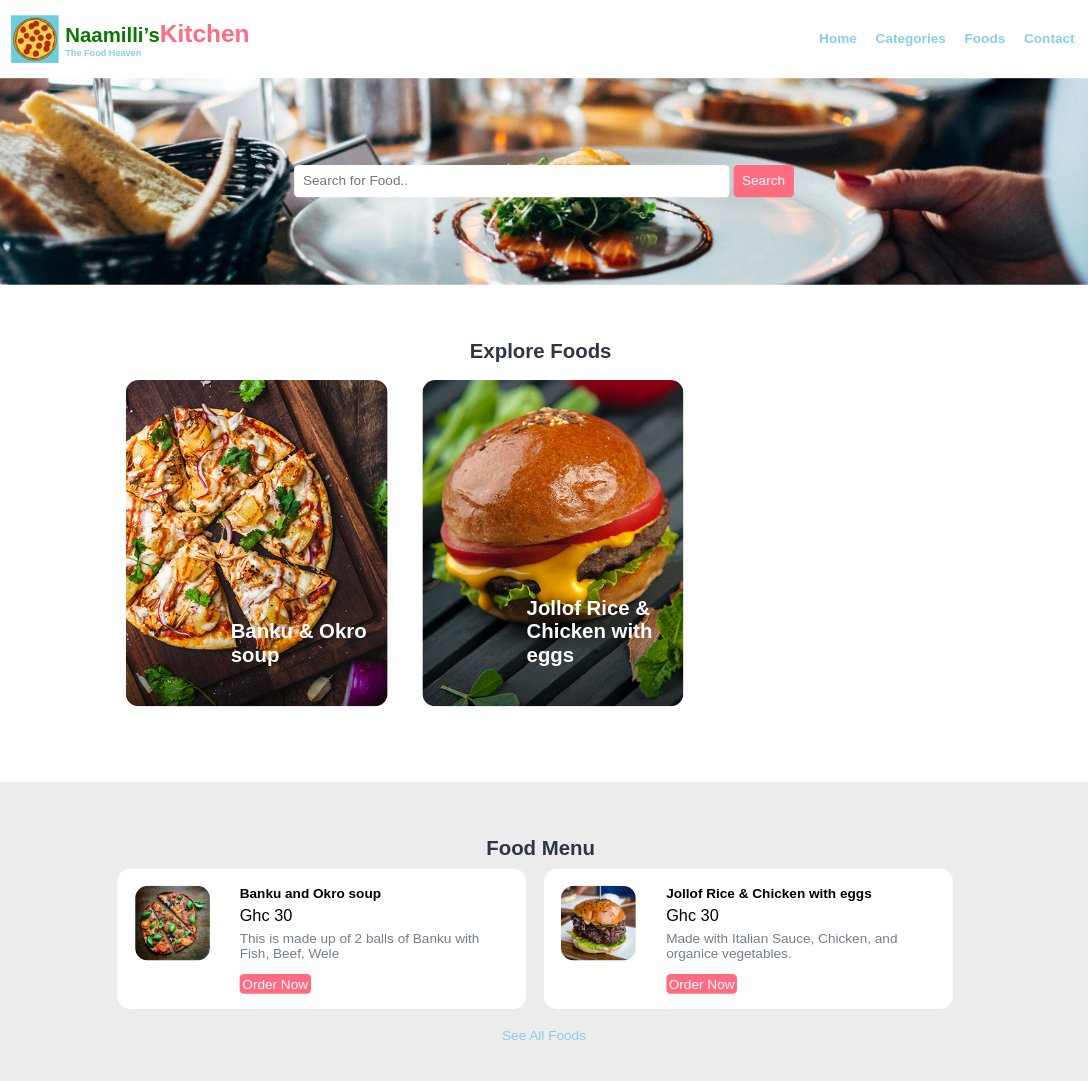
Repository: Saviour-Dagadu/Naamilli
Page: index.html
An editor plug-in stored every save of this project. The page is shown before and after the next save, followed by the edit.
The browser window is 1280 px wide. The pictures show the part of the page from y = 0 to 1272 px (the page is 1957 px tall before and 2386 px after), at 85% of full size.
A picture or video elsewhere on the page could not be fetched, so the positions and the page height are approximate.

Above is the page before, as saved 2024-12-03 21:42:07.

### index.html
<!DOCTYPE html>
<html lang="en">
<head>
    <meta charset="UTF-8">
    <!-- Important to make website responsive -->
    <meta name="viewport" content="width=device-width, initial-scale=1.0">
    <title>Restaurant Website</title>

    <!-- Link our CSS file -->
    <link rel="stylesheet" type="text/css" href="css/style.css">
</head>

<body>
    <!-- Navbar Section Starts Here -->
	<section class="navbar" style="display: flex; align-items: center; justify-content: space-between;">
        <div class="container" style="display: flex; width: 100%; justify-content: space-between; align-items: center;">
            <div class="logo" style="display: flex; align-items: center;">
                <a href="index.html" title="Logo" style="display: flex; align-items: center;">
                    <img src="images/giphy.gif" alt="" style="
                        width: 3.5rem; /* Adjust size to be similar to nav image */
                        height: 3.5rem; /* Adjust size to be similar to nav image */
                        margin-right: 0.5rem;">
                    <div>
                        <h2 style="margin: 0;">Naamilli’s<span>Kitchen</span></h2>
                        <h6 style="margin: 0;"><span>The Food Heaven</span></h6>
                    </div>
                </a>
            </div>

            <div class="menu text-right">
                <ul style="list-style: none; margin: 0; padding: 0; display: flex; justify-content: flex-end;">
                    <li style="margin-left: 1rem;">
                        <a href="index.html">Home</a>
                    </li>
                    <li style="margin-left: 1rem;">
                        <a href="categories.html">Categories</a>
                    </li>
                    <li style="margin-left: 1rem;">
                        <a href="foods.html">Foods</a>
                    </li>
                    <li style="margin-left: 1rem;">
                        <a href="contact.html">Contact</a>
                    </li>
                </ul>
            </div>
        </div>

        <div class="clearfix"></div>
    </section>

    <!-- Navbar Section Ends Here -->

    <!-- fOOD sEARCH Section Starts Here -->
    <section class="food-search text-center">
        <div class="container">

            <form action="underConstruction.html" method="POST">
                <input type="search" name="search" placeholder="Search for Food.." required>
                <input type="submit" name="submit" value="Search" class="btn btn-primary">
            </form>

        </div>
    </section>
    <!-- fOOD sEARCH Section Ends Here -->

    <!-- CAtegories Section Starts Here -->
    <section class="categories">
        <div class="container">
            <h2 class="text-center">Explore Foods</h2>

            <a href="category-foods.html">
            <div class="box-3 float-container">
                <img src="images/pizza.jpg" alt="Pizza" class="img-responsive img-curve">

                <h3 class="float-text text-white">Banku & Okro soup</h3>
            </div>
            </a>

            <a href="#">
            <div class="box-3 float-container">
                <img src="images/burger.jpg" alt="Burger" class="img-responsive img-curve">

                <h3 class="float-text text-white">Jollof Rice & Chicken with eggs</h3>
            </div>
            </a>

            <!-- <a href="#">
            <div class="box-3 float-container">
                <img src="images/momo.jpg" alt="Momo" class="img-responsive img-curve">

                <h3 class="float-text text-white"></h3>
            </div>
            </a> -->

            <div class="clearfix"></div>
        </div>
    </section>
    <!-- Categories Section Ends Here -->

    <!-- fOOD MEnu Section Starts Here -->
    <section class="food-menu">
        <div class="container">
            <h2 class="text-center">Food Menu</h2>

            <div class="food-menu-box">
                <div class="food-menu-img">
                    <img src="images/menu-pizza.jpg" alt="Chicke Hawain Pizza" class="img-responsive img-curve">
                </div>

                <div class="food-menu-desc">
                    <h4>Banku and Okro soup</h4>
                    <p class="food-price">Ghc 30</p>
                    <p class="food-detail">
                        This is made up of 2 balls of Banku with Fish, Beef, Wele
                    </p>
                    <br>

                    <a href="order.html" class="btn btn-primary">Order Now</a>
                </div>
            </div>

            <div class="food-menu-box">
                <div class="food-menu-img">
                    <img src="images/menu-burger.jpg" alt="Chicke Hawain Pizza" class="img-responsive img-curve">
                </div>

                <div class="food-menu-desc">
                    <h4>Jollof Rice & Chicken with eggs</h4>
                    <p class="food-price">Ghc 30</p>
                    <p class="food-detail">
                        Made with Italian Sauce, Chicken, and organice vegetables.
                    </p>
                    <br>

                    <a href="#" class="btn btn-primary">Order Now</a>
                </div>
            </div>

            <!-- <div class="food-menu-box">
                <div class="food-menu-img">
                    <img src="images/menu-burger.jpg" alt="Chicke Hawain Burger" class="img-responsive img-curve">
                </div>

                <div class="food-menu-desc">
                    <h4>Nice Burger</h4>
                    <p class="food-price">Ghc 20</p>
                    <p class="food-detail">
                        Made with Italian Sauce, Chicken, and organize vegetables.
                    </p>
                    <br>

                    <a href="#" class="btn btn-primary">Order Now</a>
                </div>
            </div> -->



            <!-- <div class="food-menu-box">
                <div class="food-menu-img">
                    <img src="images/menu-pizza.jpg" alt="Chicke Hawain Pizza" class="img-responsive img-curve">
                </div>

                <div class="food-menu-desc">
                    <h4>Food Title</h4>
                    <p class="food-price">$2.3</p>
                    <p class="food-detail">
                        Made with Italian Sauce, Chicken, and organice vegetables.
                    </p>
                    <br>

                    <a href="#" class="btn btn-primary">Order Now</a>
                </div>
            </div> -->

            <!-- <div class="food-menu-box">
                <div class="food-menu-img">
                    <img src="images/menu-momo.jpg" alt="Chicke Hawain Momo" class="img-responsive img-curve">
                </div>

                <div class="food-menu-desc">
                    <h4>Chicken Steam Momo</h4>
                    <p class="food-price">Ghc 50</p>
                    <p class="food-detail">
                        Made with Italian Sauce, Chicken, and organice vegetables.
                    </p>
                    <br>

                    <a href="#" class="btn btn-primary">Order Now</a>
                </div>
            </div> -->


            <div class="clearfix"></div>



        </div>

        <p class="text-center">
            <a href="#">See All Foods</a>
        </p>
    </section>
    <!-- fOOD Menu Section Ends Here -->

    <!-- social Section Starts Here -->
<section class="social">
	<div class="container text-center">
		<ul>
			<li>
				<a href="https://www.facebook.com/saviou/"><img src="https://img.icons8.com/fluent/50/000000/facebook-new.png"/></a>
			</li>
			<li>
				<a href="https://www.instagram.com/saviour_dagadu/"><img src="https://img.icons8.com/fluent/48/000000/instagram-new.png"/></a>
			</li>
			<li>
				<a href="https://twitter.com/savicode"><img src="https://img.icons8.com/fluent/48/000000/twitter.png"/></a>
			</li>
		</ul>
	</div>
</section>
<!-- social Section Ends Here -->

<!-- footer Section Starts Here -->
<section class="footer">
	<div class="container text-center">
		<p>All rights reserved. Designed By <a href="https://saviourdagadu.netlify.app/">Saviour Dagadu</a></p>
	</div>
</section>
<!-- footer Section Ends Here -->

</body>
</html>

### css/style.css
/*
    Author: Vijay Thapa;
    Theme: Restaurant Food Order;
    version: 1.0;
*/

/* CSS for All */
*{
    margin: 0 0;
    padding: 0 0;
    font-family: Arial, Helvetica, sans-serif;
}
.container{
    width: 80%;
    margin: 0 auto;
    padding: 1%;
}
.img-responsive{
    width: 100%;
}
.img-curve{
    border-radius: 15px;
}

.text-right{
    text-align: right;
}
.text-center{
    text-align: center;
}
.text-left{
    text-align: left;
}
.text-white{
    color: white;
}

.clearfix{
    clear: both;
    float: none;
}

a{
    color: skyblue;
    text-decoration: none;
}
a:hover{
    color: #ff6b81;
}

.btn{
    padding: 1%;
    border: none;
    font-size: 1rem;
    border-radius: 5px;
}
.btn-primary{
    background-color: #ff6b81;
    color: white;
    cursor: pointer;
}
.btn-primary:hover{
    color: white;
    background-color: #ff4757;
}
h2{
    color: #2f3542;
    font-size: 2rem;
    margin-bottom: 2%;
}
h3{
    font-size: 1.5rem;
}
.float-container{
    position: relative;
}
.float-text{
    position: absolute;
    bottom: 50px;
    left: 40%;
}
fieldset{
    border: 1px solid white;
    margin: 5%;
    padding: 3%;
    border-radius: 5px;
}


/* CSSS for navbar section */

.logo{
    width: 10%;
    float: left;
}
.logo h2{
    color: rgb(10, 119, 5);
}
.logo h2:hover{
    color: rgb(10, 119, 5);
    font-style: italic;
}
.logo h2 span{
    color: #ff6b81;
    font-size: larger;
    font-weight:bolder;
}
.logo h2 span:hover{
    color: #ff4757;
    font-size: larger;
    font-weight:bolder;
}
.menu{
    line-height: 60px;
}
.menu ul{
    list-style-type: none;
}

.menu ul li{
    display: inline;
    padding: 1%;
    font-weight: bold;
}


/* CSS for Food SEarch Section */

.food-search{
    background-image: url(../images/jay-wennington-N_Y88TWmGwA-unsplash.jpg);
    background-size: cover;
    background-repeat: no-repeat;
    background-position: center;
    padding: 7% 0;
}

.food-search input[type="search"]{
    width: 50%;
    padding: 1%;
    font-size: 1rem;
    border: none;
    border-radius: 5px;
}


/* CSS for Categories */
.categories{
    padding: 4% 0;
}

.box-3{
    width: 30%;
    float: left;
    margin: 2%;
}


/* CSS for Food Menu */
.food-menu{
    background-color: #ececec;
    padding: 4% 0;
}
.food-menu-box{
    width: 43%;
    margin: 1%;
    padding: 2%;
    float: left;
    background-color: white;
    border-radius: 15px;
}

.food-menu-img{
    width: 20%;
    float: left;
}

.food-menu-desc{
    width: 70%;
    float: left;
    margin-left: 8%;
}

.food-price{
    font-size: 1.2rem;
    margin: 2% 0;
}
.food-detail{
    font-size: 1rem;
    color: #747d8c;
}


/* CSS for Social */
.social ul{
    list-style-type: none;
}
.social ul li{
    display: inline;
    padding: 1%;
}

/* for Order Section */
.order{
    width: 50%;
    margin: 0 auto;
}
.input-responsive{
    width: 96%;
    padding: 1%;
    margin-bottom: 3%;
    border: none;
    border-radius: 5px;
    font-size: 1rem;
}
.order-label{
    margin-bottom: 1%;
    font-weight: bold;
}

/* Contact Section*/

#info{
    padding: 30px 0;
}

#info .container{
     display: flex;
}

#info .info{
    width: 28%;
    height: 300px;
    border-radius: 10px;
    overflow: hidden;

}

#info .info-text{
    border: 1px solid lightgray;
    padding: 10px;
}

#info .info-text h4{
    margin: 5px;
}

#info .info-text .info-text-call{
    margin-bottom: 20px;
}

#info .info-image{
margin-right: 10px;
overflow: hidden;
box-shadow: 0 0 5px #333;
transform: scale (1.04);
transition: all .4s ease-in-out;
}

#info .info-image:hover{
transform: translateY(-15px) scale(1.1);
box-shadow: 0 0 10px #333;
}
#info .info-image img{
max-width: 100%;
height: auto
}

#info .info-image:hover .info-image img{
opacity: 1;
}

       /* message Section */
#message{
    padding: 30px 0;
    background-color: lightgray;
}

#message .message-top{
    text-align: center;
    margin-bottom: 20px;
}

#message .message-top h3{
    text-transform: uppercase;
    margin: 0;
}

#message .message-top h3::after{
    content: "";
    display: block;
    width: 50px;
    height: 3px;
    background-color: gray;
    margin: 10px auto 0;
}

#message .message-bottom{
    color: black;
}

#message .message-bottom label{
    display: block;
    font-size: 17px;
    font-weight: 500;
    margin-bottom: 5px;
}

#message .message-bottom .form-group{
    margin-bottom: 10px;
}

#message .message-bottom .input{
    display: block;
    height: 40px;
    border-radius: 5px;
    border: 1px solid brown;
    padding-left: 10px;
    padding-right: 10px;
    width: 100%;
    font-size: 15px;
    font-family: 'Segoe UI', Tahoma, Geneva, Verdana, Sans-serif;
}

#message .message-bottom input,
#message .message-bottom textarea,
#message .message-bottom button{
    outline: none;
}

#message  textarea{
    width: 100%;
    height: 200px;
    border-radius: 5px;
    border: 1px solid brown;
    background-color: white;
    padding: 5px 10px;
    font: 15px 'Segoe UI', Tahoma, Geneva, Verdana, Sans-serif;
}

.navbar-brand {
    display: flex;
    align-items: center; /* Align items horizontally in the center */
    text-decoration: none; /* Removes default underline from the link */
    color: #333; /* Adjust text color as needed */
    /* background-image: url('../images/apple.gif'); Replace with the path to your image */
    background-size: cover;                          /* Ensures the image covers the entire div */
    background-position: center;                     /* Centers the image within the div */
    background-repeat: no-repeat;
}
.navbar-brand h2 {
    margin: 0;               /* Removes default margin */
    font-size: 2.5rem;
}

.navbar-brand h2 span{
    color: skyblue;
}

.navbar-brand i {
    display: block;          /* Ensures the i element is on a new line */
    margin: 0;               /* Removes default margin */
    font-size: 0.8rem;       /* Makes the text smaller */
    color: black;
}

.logo-img {
    width: 3.5rem; /* Adjust size as needed */
    height: 3.5rem; /* Adjust size as needed */
    margin-right: 0.5rem; /* Space between image and text */
}

.text-content {
    display: flex;
    flex-direction: column; /* Stack text elements vertically */
    justify-content: center; /* Center text vertically within container */
}

h2 {
    margin: 0; /* Remove default margin */
    font-size: 1.5rem; /* Adjust font size as needed */
    font-weight: bold;
    margin-right: 0.5rem; /* Space between h2 and h6 */
}



/* #message .message-bottom .btn{
    padding: 10px 20px;
    background-color: brown;
    text-transform: uppercase;
    font: 15px 'Segoe UI', Tahoma, Geneva, Verdana, Sans-serif;
    border: none;
    border-radius: 5px;
    font-weight: 500;
    color: #fff;
    cursor: pointer;
} */


/* CSS for Mobile Size or Smaller Screen */

@media only screen and (max-width:768px){
    .logo{
        width: 80%;
        float: none;
        margin: 1% auto;
    }

    .menu ul{
        text-align: center;
    }

    .food-search input[type="search"]{
        width: 90%;
        padding: 2%;
        margin-bottom: 3%;
    }

    .btn{
        width: 91%;
        padding: 2%;
    }

    .food-search{
        padding: 10% 0;
    }

    .categories{
        padding: 20% 0;
    }
    h2{
        margin-bottom: 10%;
    }
    .box-3{
        width: 100%;
        margin: 4% auto;
    }

    .food-menu{
        padding: 20% 0;
    }

    .food-menu-box{
        width: 90%;
        padding: 5%;
        margin-bottom: 5%;
    }
    .social{
        padding: 5% 0;
    }
    .order{
        width: 100%;
    }
}

After the next save:
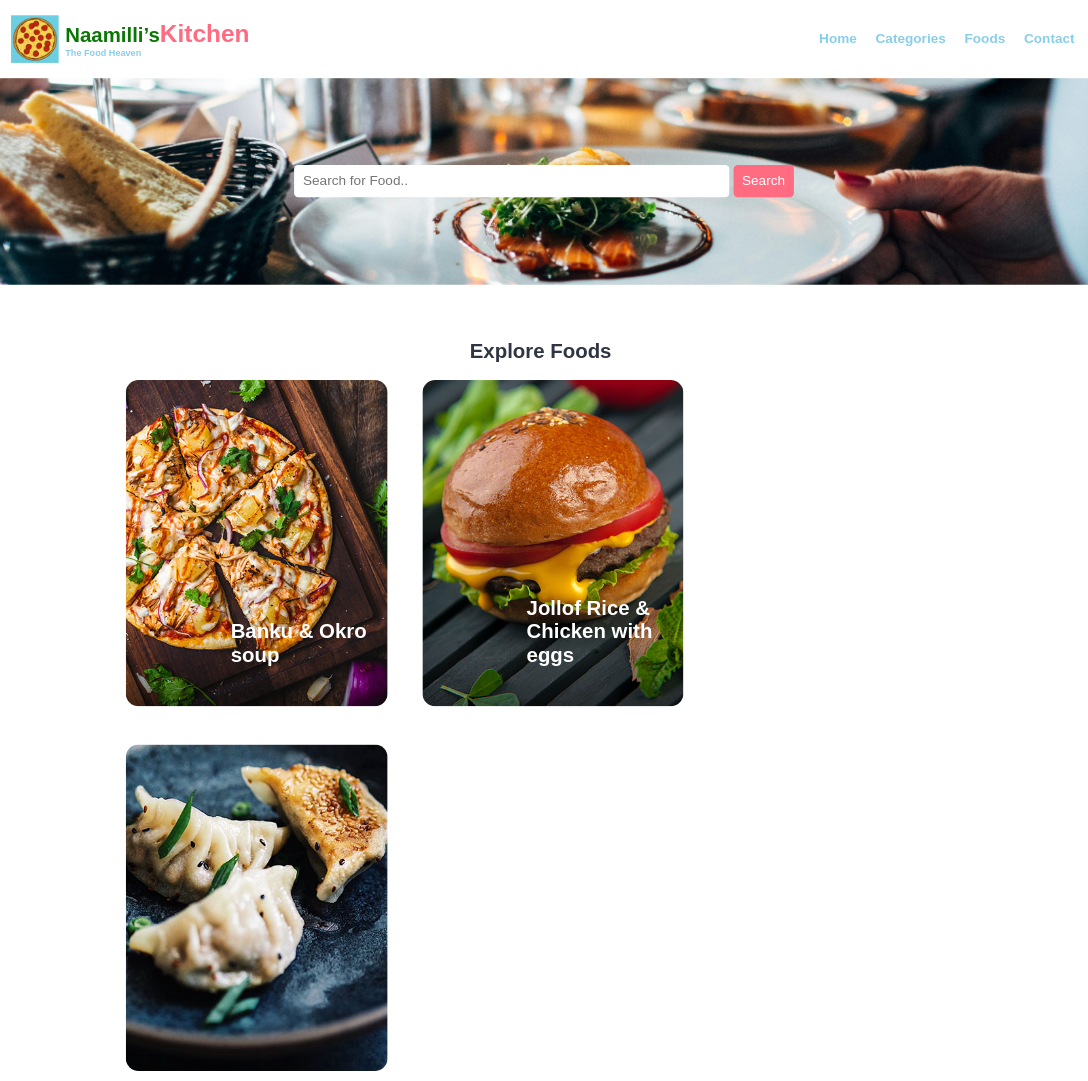
Saved 28 s later.
--- a/index.html
+++ b/index.html
@@ -84,13 +84,13 @@
             </div>
             </a>
 
-            <!-- <a href="#">
+            <a href="#">
             <div class="box-3 float-container">
                 <img src="images/momo.jpg" alt="Momo" class="img-responsive img-curve">
 
                 <h3 class="float-text text-white"></h3>
             </div>
-            </a> -->
+            </a>
 
             <div class="clearfix"></div>
         </div>
